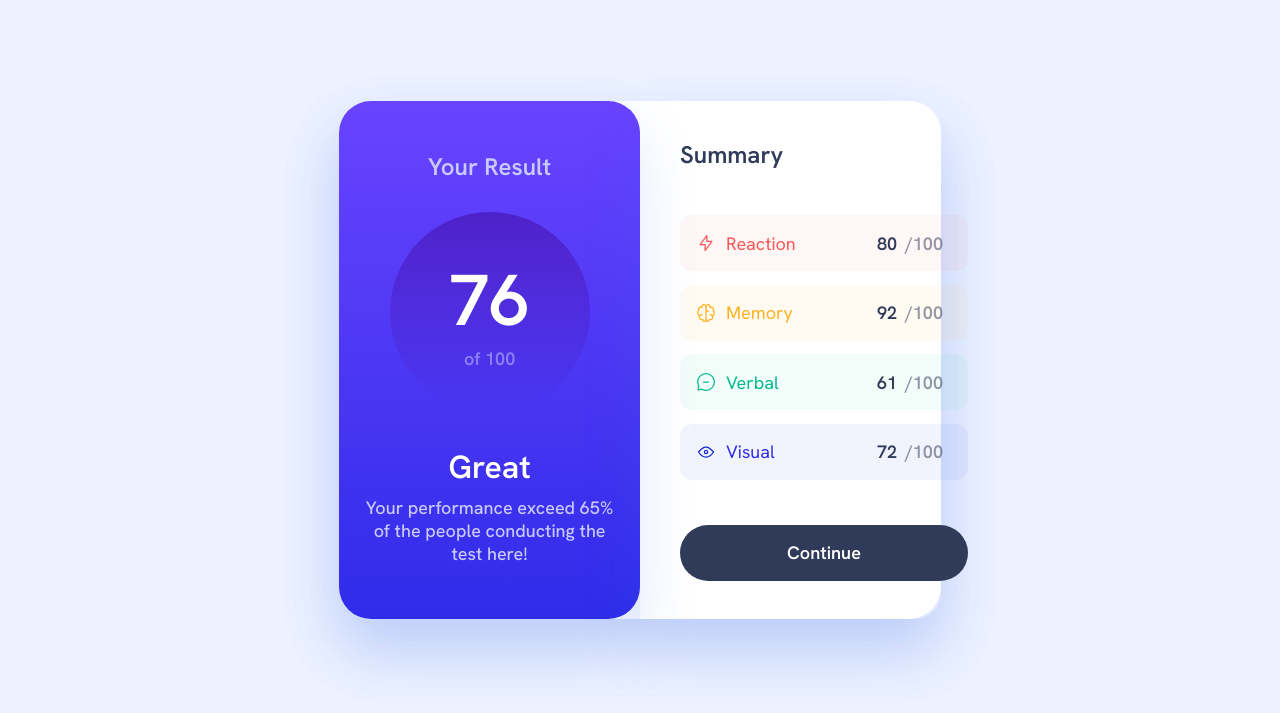
Repository: KamoliddinGIT/result-summary
Page: index.html
These files come from the project's save history. The page is drawn as it stood at one moment and after the next save; the edit follows.
The browser window is 1280 px wide. The pictures show the whole page.

Above is the page before, as saved 2023-09-08 16:48:13.

After the next save:
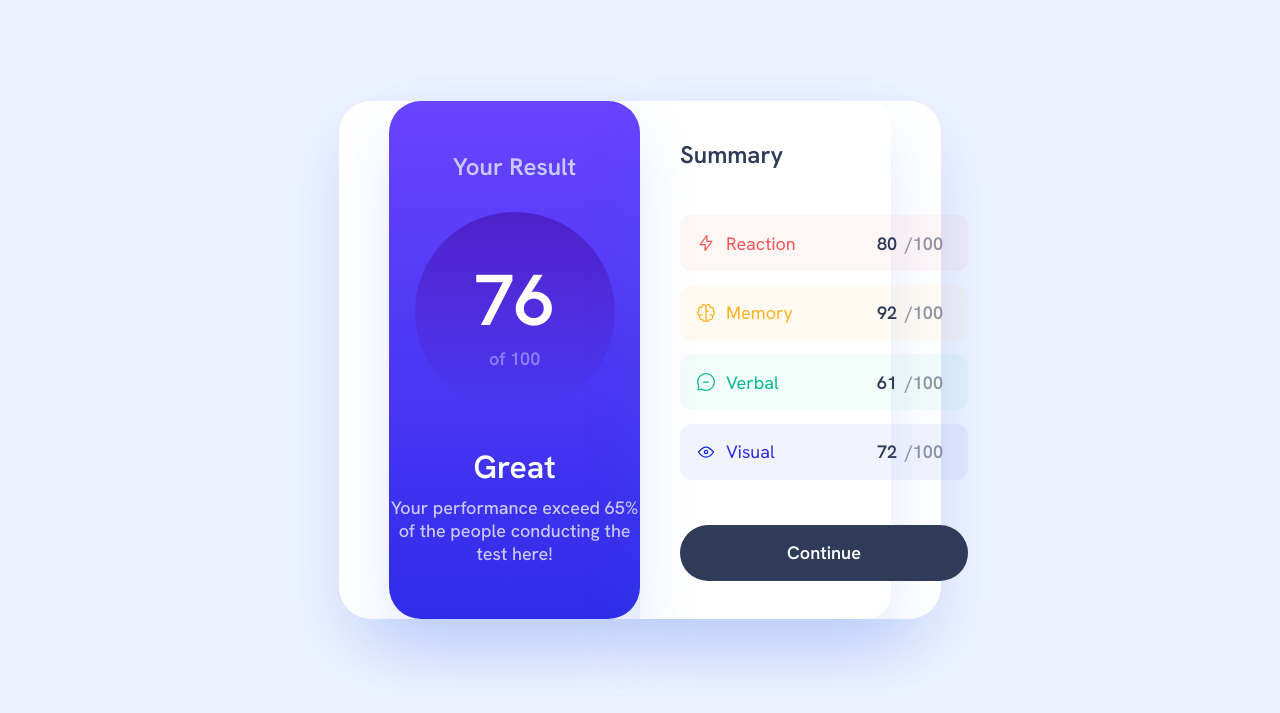
Saved 33 s later.
--- a/css/style.css
+++ b/css/style.css
@@ -26,6 +26,10 @@
   display: flex;
   justify-content: center;
   align-items: center;
+  padding-left: 50px;
+  padding-right: 50px;
+  margin-left: auto;
+  margin-right: auto;
   height: 72%;
   background-color: #ffffff;
   box-shadow: 0px 30px 60px 0px rgba(61, 108, 236, 0.15);

After the save that followed:
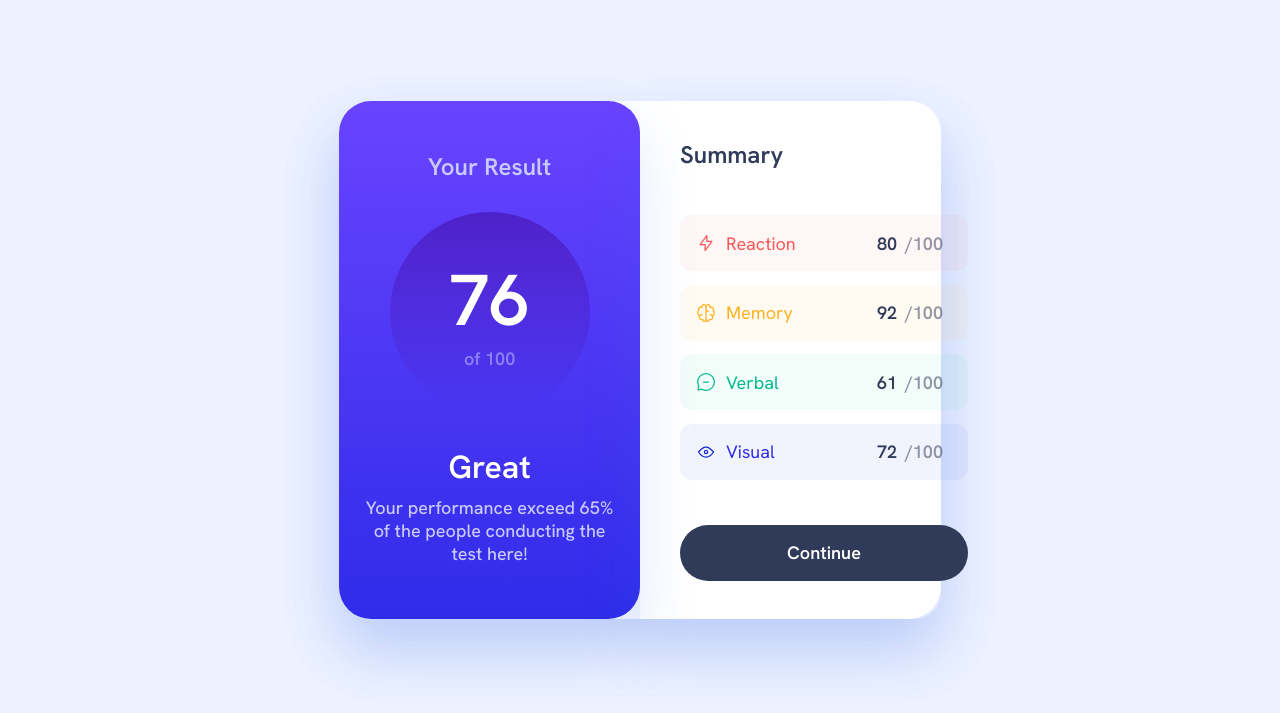
Saved 7 s later.
--- a/css/style.css
+++ b/css/style.css
@@ -26,8 +26,6 @@
   display: flex;
   justify-content: center;
   align-items: center;
-  padding-left: 50px;
-  padding-right: 50px;
   margin-left: auto;
   margin-right: auto;
   height: 72%;
